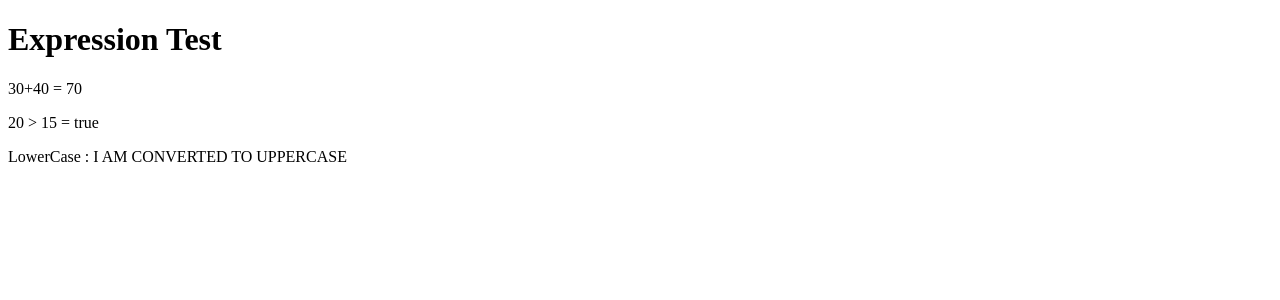
Repository: ZawMinKhantOrLeon/JavaEEWS
Page: http://localhost/jsp_servlet/expression.jsp
An editor plug-in stored every save of this project. The page is shown before and after the next save, followed by the edit.
The browser window is 1280 px wide. The pictures show the whole page.
The page is served by Tomcat 10. Other server files are loaded and not shown.

Above is the page before, as saved 2024-02-14 09:20:11.

### jsp_servlet/src/main/webapp/expression.jsp
<%@ page language="java" contentType="text/html; charset=ISO-8859-1"
    pageEncoding="ISO-8859-1"%>
<!DOCTYPE html>
<html>
<head>
<meta charset="ISO-8859-1">
<title>Expression</title>
</head>
<body>
	<h1> Expression Test </h1>
    <p> 30+40 = <%= 30+40 %></p>
    <p> 20 > 15 = <%= 20 > 15 %> </p>
    <p> LowerCase : <%= new String("I am converted to uppercase").toUpperCase() %>
</body>
</html>

After the next save:
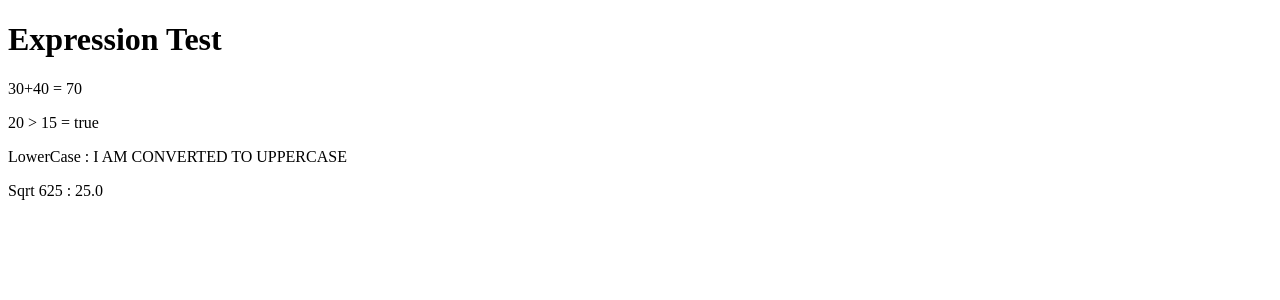
Saved 21 s later.
--- a/jsp_servlet/src/main/webapp/expression.jsp
+++ b/jsp_servlet/src/main/webapp/expression.jsp
@@ -10,6 +10,7 @@
 	<h1> Expression Test </h1>
     <p> 30+40 = <%= 30+40 %></p>
     <p> 20 > 15 = <%= 20 > 15 %> </p>
-    <p> LowerCase : <%= new String("I am converted to uppercase").toUpperCase() %>
+    <p> LowerCase : <%= new String("I am converted to uppercase").toUpperCase() %> </p>
+    <p> Sqrt 625 : <%= Math.sqrt(625.0) %>
 </body>
 </html>
